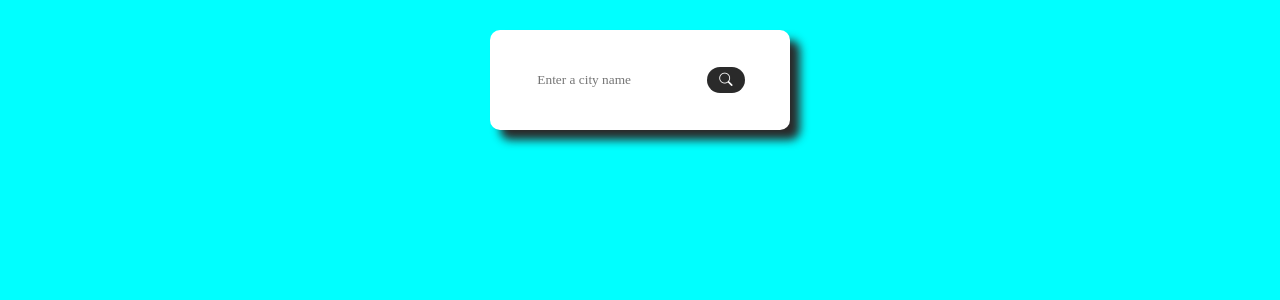
Repository: CrissRT/weather
Page: index.html
An editor plug-in stored every save of this project. The page is shown before and after the next save, followed by the edit.
The browser window is 1280 px wide. The pictures show the whole page.
Some web fonts or font styles are not loaded; a fallback is used.

Above is the page before, as saved 2024-06-30 15:28:14.

After the next save:
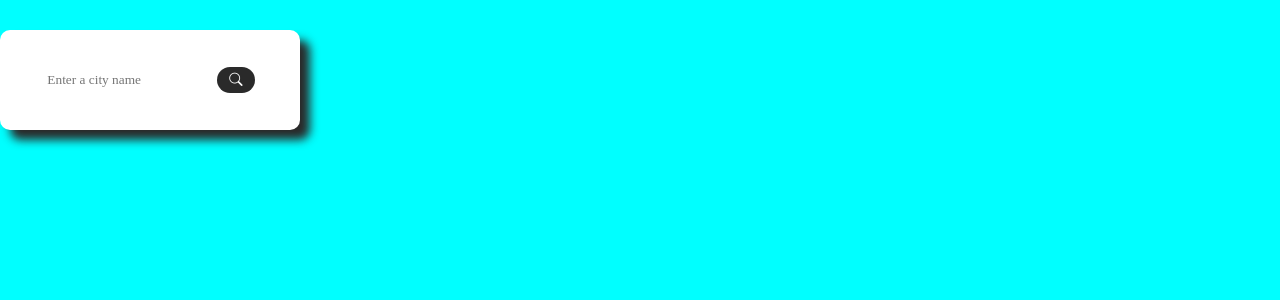
Saved 11 s later.
--- a/style.css
+++ b/style.css
@@ -8,7 +8,7 @@
     min-height: 100%;
     margin: 0;
     background-color: aqua;
-    display: flex;
+    /* display: flex; */
     justify-content: center;
     align-items: center;
 }

After the 3 saves that followed:
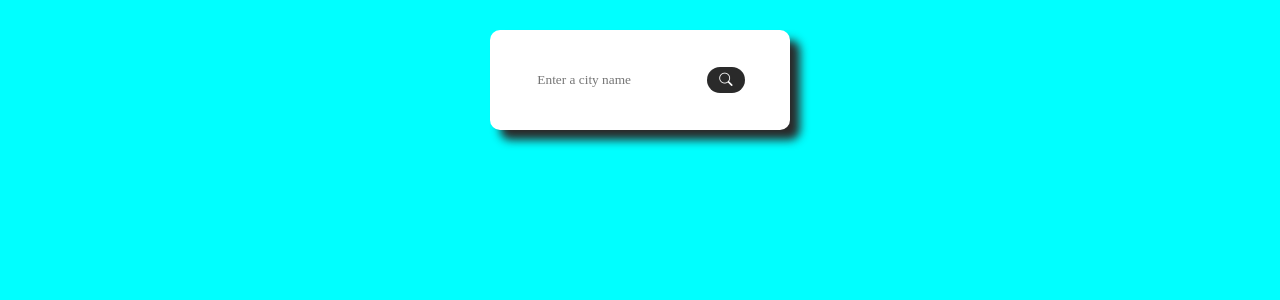
The 3 saves are shown as one change because 1 left the picture as it was and some came seconds apart.
The last was saved 26 s later.
--- a/style.css
+++ b/style.css
@@ -8,7 +8,7 @@
     min-height: 100%;
     margin: 0;
     background-color: aqua;
-    /* display: flex; */
+    display: flex;
     justify-content: center;
     align-items: center;
 }
